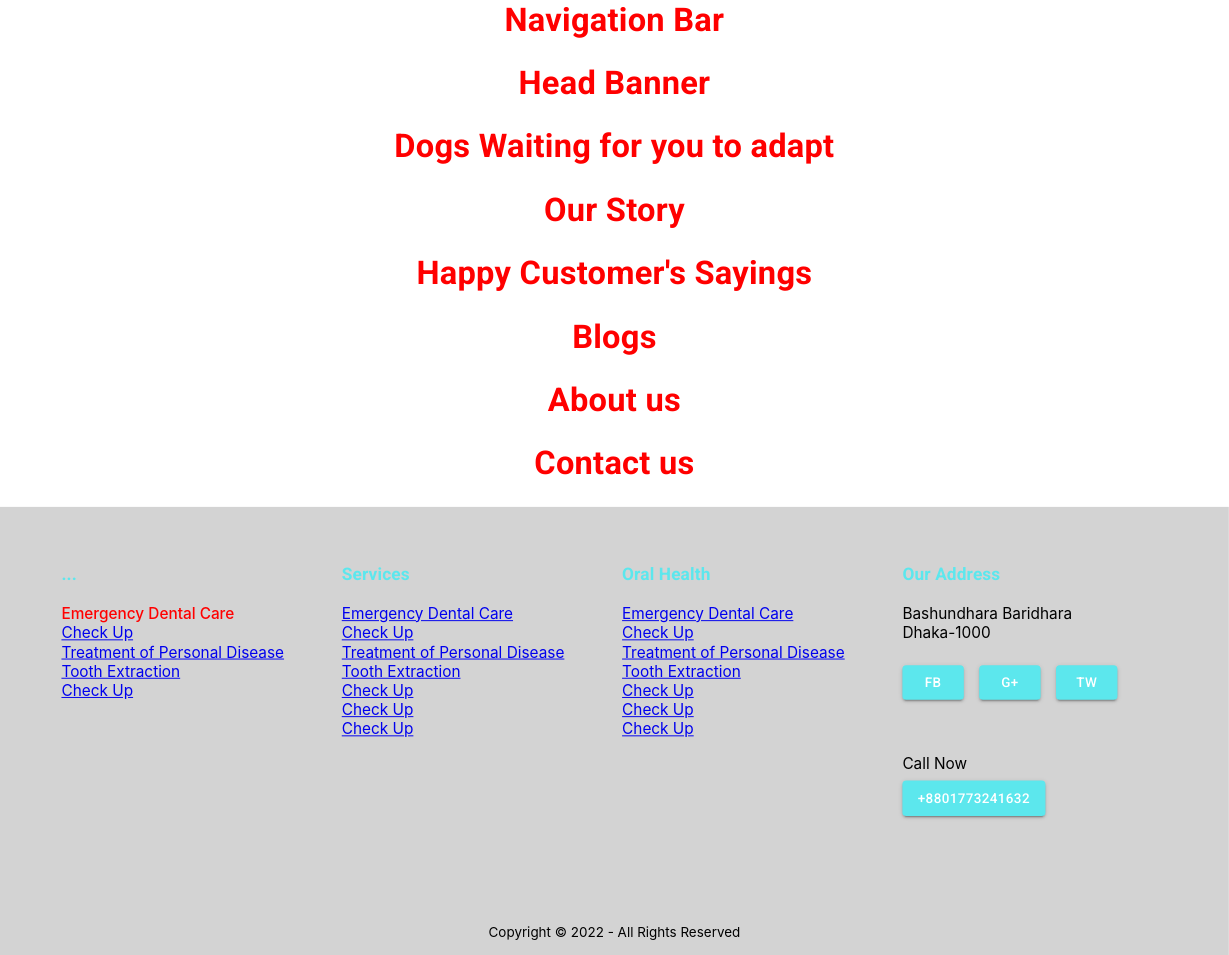
Repository: Sharif-00112/dogos-paradise-client
Page: /
An editor plug-in stored every save of this project. The page is shown before and after the next save, followed by the edit.
The browser window is 1280 px wide. The pictures show the whole page, at 96% of full size.
The page's requests for data from a server got no answer. The project was rebuilt for these pictures with package versions that can differ from the ones it lists, and the page was loaded fresh each time. Some packages were replaced by stand-ins written for this rebuild. No one was signed in, and anything a server would have sent is missing. Also part of the build but not shown: src/Pages/Login/Login/Login.js, src/Pages/Login/Register/Register.js, src/Pages/NotFound/NotFound.js.

Above is the page before, as saved 2022-11-30 22:33:02.

### public/index.html
<!DOCTYPE html>
<html lang="en">
  <head>
    <meta charset="utf-8" />
    <link rel="icon" href="%PUBLIC_URL%/favicon.ico" />
    <meta name="viewport" content="width=device-width, initial-scale=1" />
    <meta name="theme-color" content="#000000" />
    <meta
      name="description"
      content="Web site created using create-react-app"
    />
    <link
      rel="stylesheet" href="https://fonts.googleapis.com/css?family=Roboto:300,400,500,700&display=swap"
    />

    <link rel="apple-touch-icon" href="%PUBLIC_URL%/logo192.png" />
    <!--
      manifest.json provides metadata used when your web app is installed on a
      user's mobile device or desktop. See https://developers.google.com/web/fundamentals/web-app-manifest/
    -->
    <link rel="manifest" href="%PUBLIC_URL%/manifest.json" />
    <!--
      Notice the use of %PUBLIC_URL% in the tags above.
      It will be replaced with the URL of the `public` folder during the build.
      Only files inside the `public` folder can be referenced from the HTML.

      Unlike "/favicon.ico" or "favicon.ico", "%PUBLIC_URL%/favicon.ico" will
      work correctly both with client-side routing and a non-root public URL.
      Learn how to configure a non-root public URL by running `npm run build`.
    -->
    <title>React App</title>
  </head>
  <body>
    <noscript>You need to enable JavaScript to run this app.</noscript>
    <div id="root"></div>
    <!--
      This HTML file is a template.
      If you open it directly in the browser, you will see an empty page.

      You can add webfonts, meta tags, or analytics to this file.
      The build step will place the bundled scripts into the <body> tag.

      To begin the development, run `npm start` or `yarn start`.
      To create a production bundle, use `npm run build` or `yarn build`.
    -->
  </body>
</html>

### src/App.js
import React  from 'react';
import './App.css';
import { BrowserRouter as Router, Route, Routes} from 'react-router-dom';
import Home from './Pages/Home/Home/Home';
import Login from './Pages/Login/Login/Login';
import Register from './Pages/Login/Register/Register';
import AuthProvider from './contexts/AuthProvider/AuthProvider';
// import PrivateRoute from './Pages/Login/PrivateRoute/PrivateRoute';
import NotFound from './Pages/NotFound/NotFound';
import Contact from './Pages/Home/Contact/Contact';
import Products from './Pages/Home/Products/Products';
import Story from './Pages/Home/Story/Story';
import CustomerReviews from './Pages/Home/CustomerReviews/CustomerReviews';
import Blogs from './Pages/Home/Blogs/Blogs';
import About from './Pages/Home/About/About';
// import Footer from './Pages/Shared/Footer/Footer';
// import Dashboard from './Pages/Dashboard/Dashboard/Dashboard';

function App() {
  return (
    <div className="App">
      <AuthProvider>
        <Router>
          <Routes>
            <Route exact path = '/' element={<Home/>}/>
            <Route exact path = '/home' element={<Home/>}/>
            <Route exact path = '/login' element={<Login/>}/>
            <Route exact path = '/register' element={<Register/>}/>
            <Route exact path = '/contact' element={<Contact/>}/>
            <Route exact path = '/products' element={<Products/>}/>
            <Route exact path = '/story' element={<Story/>}/>
            <Route exact path = '/reviews' element={<CustomerReviews/>}/>
            <Route exact path = '/blogs' element={<Blogs/>}/>
            <Route exact path = '/about' element={<About/>}/>
            {/* <Route exact path = '/appointment' element = {
              <PrivateRoute>
                <Appointment></Appointment>
              </PrivateRoute>
            }> </Route> */}
            {/* <Route path = 'dashboard/*' element = {
              <PrivateRoute>
                <Dashboard></Dashboard>
              </PrivateRoute>
            }> </Route> */}
            <Route path = '*' element={<NotFound/>}/>
          </Routes>
          {/* <Footer></Footer> */}
        </Router>
      </AuthProvider>
    </div>
  );
}

export default App;

### src/Pages/Home/Home/Home.js
import React from 'react';
import Footer from '../../Shared/Footer/Footer';
import Navigation from '../../Shared/Navigation/Navigation';
import About from '../About/About';
import Banner from '../Banner/Banner';
import Blogs from '../Blogs/Blogs';
import Contact from '../Contact/Contact';
import CustomerReviews from '../CustomerReviews/CustomerReviews';
import Products from '../Products/Products';
import Story from '../Story/Story';

const Home = () => {
    return (
        <div>
            <Navigation></Navigation>
            <Banner></Banner>
            <Products></Products>
            <Story></Story>
            <CustomerReviews></CustomerReviews>
            <Blogs></Blogs>
            <About></About>
            <Contact></Contact>
            <Footer></Footer>
        </div>
    );
};

export default Home;

### src/contexts/AuthProvider/AuthProvider.js
import React from 'react';
import { createContext } from 'react';
import useFirebase from '../../hooks/useFirebase';

//step-1-context
export const AuthContext = createContext();

const AuthProvider = (props) => {
    //step-3-context
    const {children} = props;

    //step-5-context
    const allContexts = useFirebase();

    return (
        //step-2-context
        <AuthContext.Provider value={allContexts}>
            {children}
        </AuthContext.Provider>
    );
};

export default AuthProvider;

### src/Pages/Home/Contact/Contact.js
import React from 'react';
import { Typography } from '@mui/material';

const Contact = () => {
    return (
        <div>
            <Typography sx={{ m: 3, color: 'red', fontWeight: 600 }} variant="h4" component="div">
                Contact us
            </Typography>
        </div>
    );
};

export default Contact;

### src/Pages/Home/Products/Products.js
import React from 'react';
import { Typography } from '@mui/material';

const Products = () => {
    return (
        <div>
            <Typography sx={{ m: 3, color: 'red', fontWeight: 600 }} variant="h4" component="div">
                Dogs Waiting for you to adapt
            </Typography>
        </div>
    );
};

export default Products;

### src/Pages/Home/Story/Story.js
import React from 'react';
import { Typography } from '@mui/material';


const Story = () => {
    return (
        <div>
            <Typography sx={{ m: 3, color: 'red', fontWeight: 600 }} variant="h4" component="div">
                Our Story
            </Typography>
        </div>
    );
};

export default Story;

### src/Pages/Home/CustomerReviews/CustomerReviews.js
import React from 'react';
import { Typography } from '@mui/material';


const CustomerReviews = () => {
    return (
        <div>
            <Typography sx={{ m: 3, color: 'red', fontWeight: 600 }} variant="h4" component="div">
                Happy Customer's Sayings
            </Typography>
        </div>
    );
};

export default CustomerReviews;

### src/Pages/Home/Blogs/Blogs.js
import React from 'react';
import { Typography } from '@mui/material';


const Blogs = () => {
    return (
        <div>
            <Typography sx={{ m: 3, color: 'red', fontWeight: 600 }} variant="h4" component="div">
                Blogs
            </Typography>
        </div>
    );
};

export default Blogs;

### src/Pages/Home/About/About.js
import React from 'react';
import { Typography } from '@mui/material';

const About = () => {
    return (
        <div>
            <Typography sx={{ m: 3, color: 'red', fontWeight: 600 }} variant="h4" component="div">
                About us
            </Typography>
        </div>
    );
};

export default About;

### src/Pages/Shared/Footer/Footer.js
import React from 'react';
import { Typography } from '@mui/material';
import { Container } from '@mui/system';
import Box from '@mui/material/Box';
import Grid from '@mui/material/Unstable_Grid2';
import { Link } from 'react-router-dom';
import { Button } from '@mui/material';


const Footer = () => {
    return (
        // <div>
        //     <Typography sx={{ m: 3, color: 'red', fontWeight: 600 }} variant="h4" component="div">
        //         Footer Area
        //     </Typography>
        // </div>

        <div style={{ backgroundColor: 'lightgray' }}>
        <Container sx={{ py: 5 }}>
            <Box sx={{ flexGrow: 1 }}>
                <Grid container spacing={2}>
                    <Grid item style={{ textAlign: 'left'}} xs={6} md={3}>
                        <Typography sx={{ my:2, fontSize: 18, fontWeight: 600 }} style={{color: '#5CE7ED'}} variant="h6" component="div">
                            ...
                        </Typography>
                        <Link style={{ textDecoration:'none', color: 'red', fontWeight: 500 }} to = '/emergencyDentalCare'>
                            Emergency Dental Care
                        </Link>
                        <br />
                        <Link to = '/checkUp'>
                            Check Up
                        </Link>
                        <br />
                        <Link to = '/treatmentOfPersonalDisease'>
                            Treatment of Personal Disease
                        </Link>
                        <br />
                        <Link to = '/toothExtraction'>
                            Tooth Extraction
                        </Link>
                        <br />
                        <Link to = '/checkUp'>
                            Check Up
                        </Link>
                    </Grid>
                    <Grid item style={{ textAlign: 'left'}} xs={6} md={3}>
                        <Typography sx={{ my:2, fontSize: 18, fontWeight: 600 }} style={{color: '#5CE7ED'}} variant="h6" component="div">
                            Services
                        </Typography>
                        <Link to = '/emergencyDentalCare'>
                            Emergency Dental Care
                        </Link>
                        <br />
                        <Link to = '/checkUp'>
                            Check Up
                        </Link>
                        <br />
                        <Link to = '/treatmentOfPersonalDisease'>
                            Treatment of Personal Disease
                        </Link>
                        <br />
                        <Link to = '/toothExtraction'>
                            Tooth Extraction
                        </Link>
                        <br />
                        <Link to = '/checkUp'>
                            Check Up
                        </Link>
                        <br />
                        <Link to = '/checkUp'>
                            Check Up
                        </Link>
                        <br />
                        <Link to = '/checkUp'>
                            Check Up
                        </Link>
                    </Grid>
                    <Grid item style={{ textAlign: 'left'}} xs={6} md={3}>
                        <Typography sx={{ my:2, fontSize: 18, fontWeight: 600 }} style={{color: '#5CE7ED'}} variant="h6" component="div">
                            Oral Health
                        </Typography>
                        <Link to = '/emergencyDentalCare'>
                            Emergency Dental Care
                        </Link>
                        <br />
                        <Link to = '/checkUp'>
                            Check Up
                        </Link>
                        <br />
                        <Link to = '/treatmentOfPersonalDisease'>
                            Treatment of Personal Disease
                        </Link>
                        <br />
                        <Link to = '/toothExtraction'>
                            Tooth Extraction
                        </Link>
                        <br />
                        <Link to = '/checkUp'>
                            Check Up
                        </Link>
                        <br />
                        <Link to = '/checkUp'>
                            Check Up
                        </Link>
                        <br />
                        <Link to = '/checkUp'>
                            Check Up
                        </Link>
                    </Grid>
                    <Grid item style={{ textAlign: 'left'}} xs={6} md={3}>
                        <Typography sx={{ my:2, fontSize: 18, fontWeight: 600 }} style={{color: '#5CE7ED'}} variant="h6" component="div">
                            Our Address
                        </Typography>
                        <Typography sx={{ fontSize: 16, fontWeight: 400 }} variant="" component="div">
                                Bashundhara Baridhara <br />
                                Dhaka-1000
                        </Typography>

                        {/* <Button>
                            <FontAwesomeIcon icon={faShoppingCart} /> Cart
                            <FontAwesomeIcon icon="fa-brands fa-facebook" />
                        </Button> */}

                        <a href="https://www.facebook.com/" target="_blank" style={{ textDecoration:'none', color:'white' }}>
                            <Button sx={{ mt:3, mr:2 }} variant="contained" style={{backgroundColor: '#5CE7ED'}}>
                                FB
                            </Button>
                        </a>
                        <a href="https://www.google.com/" target="_blank" style={{ textDecoration:'none', color:'white' }}>
                            <Button sx={{ mt:3, mr:2 }} variant="contained" style={{backgroundColor: '#5CE7ED'}}>
                                G+
                            </Button>
                        </a>
                        <a href="https://twitter.com/" target="_blank" style={{ textDecoration:'none', color:'white' }}>
                            <Button sx={{ mt:3, mr:2 }} variant="contained" style={{backgroundColor: '#5CE7ED'}}>
                                TW
                            </Button>
                        </a>

                        <Typography sx={{ mt:7, fontSize: 16, fontWeight: 400 }} variant="" component="div">
                                Call Now
                        </Typography>
                        <a href="tel:+8801773241632" style={{ textDecoration:'none', color:'white' }}>
                            <Button sx={{ mt:1, mr:2 }} variant="contained" style={{backgroundColor: '#5CE7ED'}}>
                                +8801773241632
                            </Button>
                        </a>
                    </Grid>
                </Grid>
            </Box>
        </Container>
        <Typography sx={{ p:2, mt:7, fontSize: 14, fontWeight: 400 }} variant="" component="div">
            Copyright &copy; 2022 - All Rights Reserved
        </Typography>
    </div>
    );
};

export default Footer;

### src/Pages/Shared/Navigation/Navigation.js
import React from 'react';
import { Typography } from '@mui/material';

const Navigation = () => {
    return (
        <div>
            <Typography sx={{ mx: 3, color: 'red', fontWeight: 600 }} variant="h4" component="div">
                Navigation Bar
            </Typography>
        </div>
    );
};

export default Navigation;

### src/Pages/Home/Banner/Banner.js
import React from 'react';
import { Typography } from '@mui/material';

const Banner = () => {
    return (
        <div>
            <Typography sx={{ m: 3, color: 'red', fontWeight: 600 }} variant="h4" component="div">
                Head Banner
            </Typography>
        </div>
    );
};

export default Banner;

### src/Pages/Login/Firebase/firebase.initialize.js
import { initializeApp } from "firebase/app";
import firebaseConfig from "./firebase.config";

const initializeAuthentication = () =>{
    initializeApp(firebaseConfig);
}

export default initializeAuthentication;

### src/Pages/Login/Firebase/firebase.config.js
// console.log(process.env);

const firebaseConfig = {
  apiKey: process.env.REACT_APP_FIREBASE_API_KEY,
  authDomain: process.env.REACT_APP_FIREBASE_AUTH_DOMAIN,
  projectId: process.env.REACT_APP_FIREBASE_PROJECT_ID,
  storageBucket: process.env.REACT_APP_FIREBASE_STORAGE_BUCKET,
  messagingSenderId: process.env.REACT_APP_FIREBASE_MESSAGING_SENDER_ID,
  appId: process.env.REACT_APP_FIREBASE_APP_ID,
  measurementId: process.env.REACT_APP_FIREBASE_MEASUREMENT_ID
};

export default firebaseConfig;

// .env.local
// REACT_APP_FIREBASE_API_KEY=AIzaSyCGaQ8G2l5KeOKX4bAJ7MC19oWW_2vnTNQ
// REACT_APP_FIREBASE_AUTH_DOMAIN=dogos-paradise.firebaseapp.com
// REACT_APP_FIREBASE_PROJECT_ID=dogos-paradise
// REACT_APP_FIREBASE_STORAGE_BUCKET=dogos-paradise.appspot.com
// REACT_APP_FIREBASE_MESSAGING_SENDER_ID=824394057307
// REACT_APP_FIREBASE_APP_ID=1:824394057307:web:727ac0c86627b9544a617e
// REACT_APP_FIREBASE_MEASUREMENT_ID=G-DL8JJ6MYSD

// const firebaseConfig = {
  // apiKey: "AIzaSyCGaQ8G2l5KeOKX4bAJ7MC19oWW_2vnTNQ",
  // authDomain: "dogos-paradise.firebaseapp.com",
  // projectId: "dogos-paradise",
  // storageBucket: "dogos-paradise.appspot.com",
  // messagingSenderId: "824394057307",
  // appId: "1:824394057307:web:727ac0c86627b9544a617e",
  // measurementId: "G-DL8JJ6MYSD"
// };

Loaded but not shown: src/index.js (common file); src/index.css (common file); src/reportWebVitals.js (common file); src/App.css (common file); src/hooks/useFirebase.js (273 lines, source omitted)

After the next save:
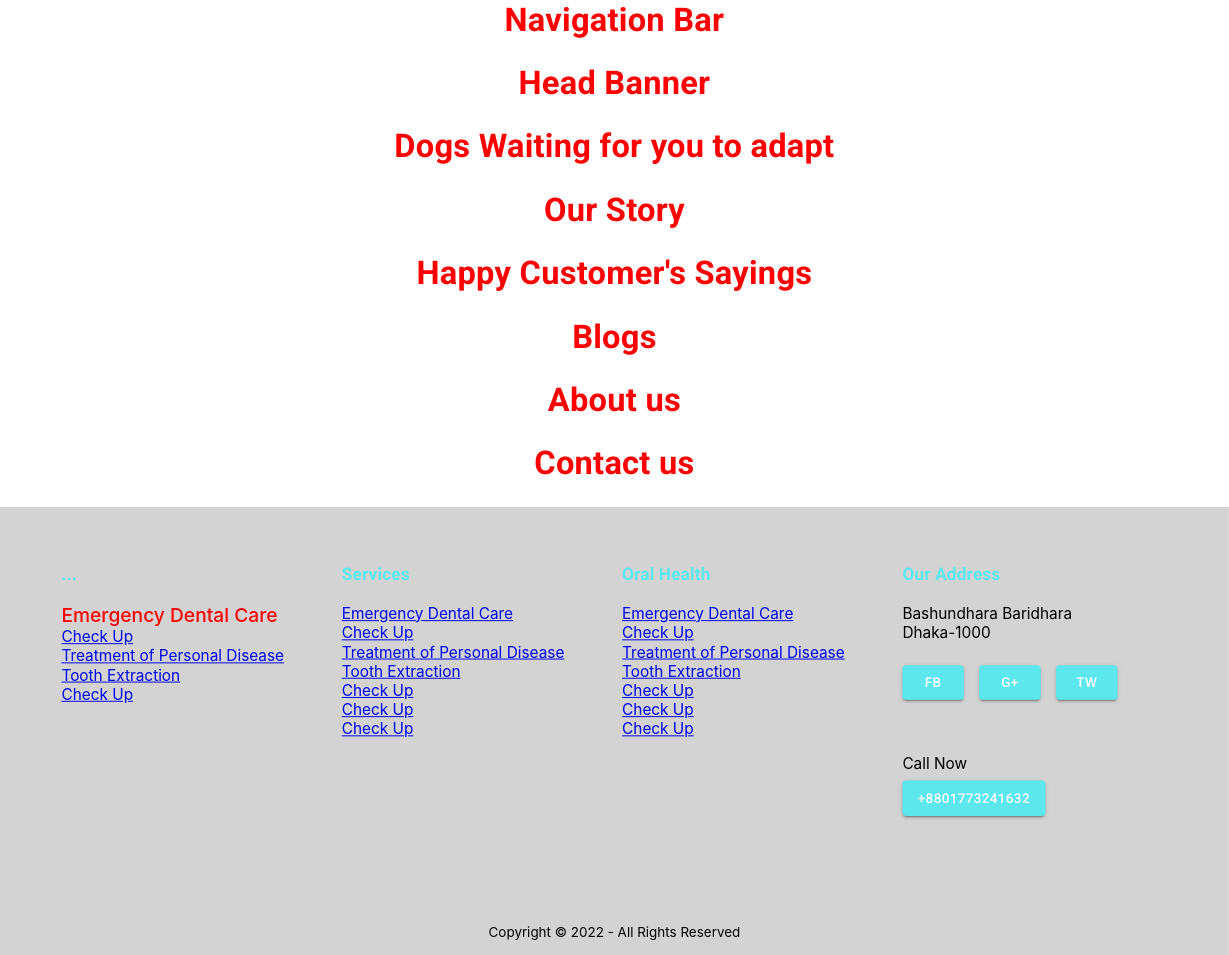
Saved 18 s later.
--- a/src/Pages/Shared/Footer/Footer.js
+++ b/src/Pages/Shared/Footer/Footer.js
@@ -23,7 +23,7 @@ const Footer = () => {
                         <Typography sx={{ my:2, fontSize: 18, fontWeight: 600 }} style={{color: '#5CE7ED'}} variant="h6" component="div">
                             ...
                         </Typography>
-                        <Link style={{ textDecoration:'none', color: 'red', fontWeight: 500 }} to = '/emergencyDentalCare'>
+                        <Link style={{ textDecoration:'none', color: 'red', fontWeight: 500, fontSize: 20 }} to = '/emergencyDentalCare'>
                             Emergency Dental Care
                         </Link>
                         <br />
